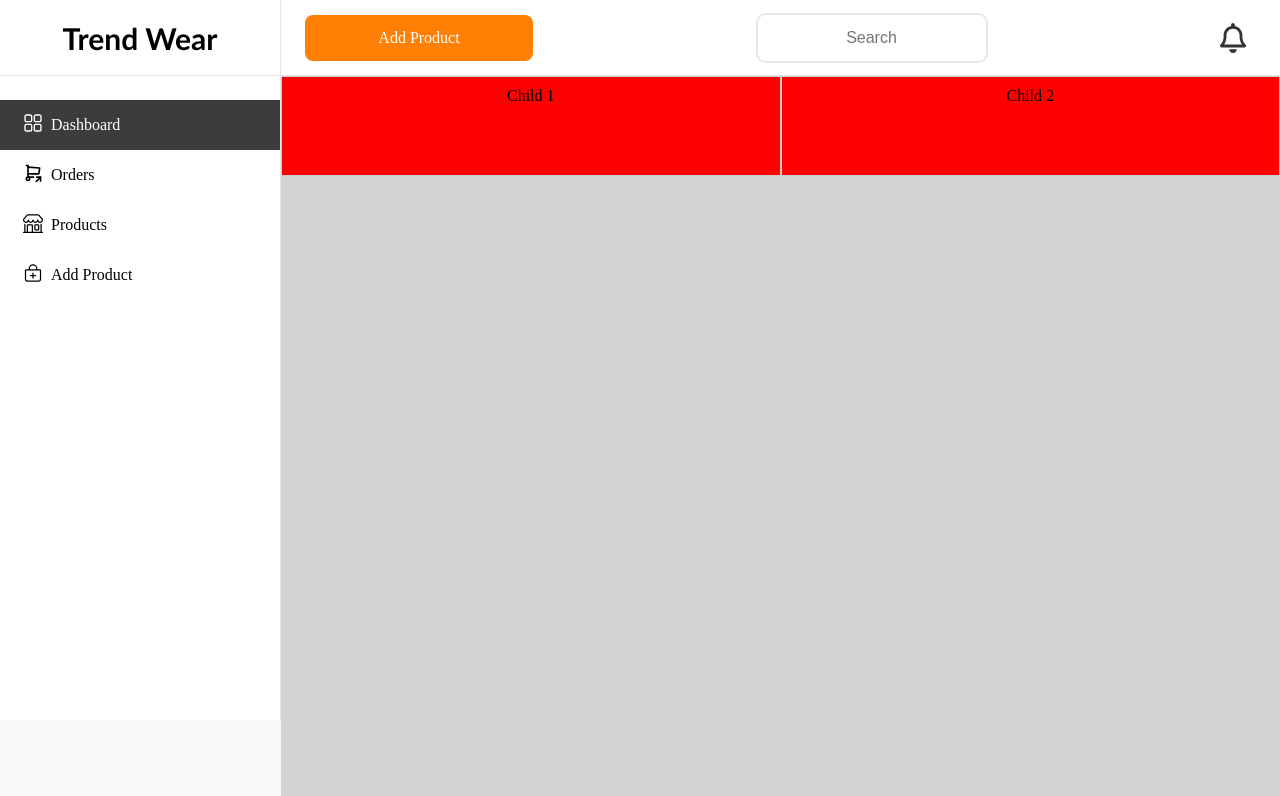
Repository: ahmad-dev7/TrendWear
Page: / (app in trend_wear_dashboard/)
An editor plug-in stored every save of this project. The page is shown before and after the next save, followed by the edit.
The browser window is 1280 px wide. The pictures show the whole page.
The project was rebuilt for these pictures with package versions that can differ from the ones it lists, and the page was loaded fresh each time. Also part of the build but not shown: trend_wear_dashboard/vite.config.ts.

Above is the page before, as saved 2025-01-19 23:44:54.

After the next save:
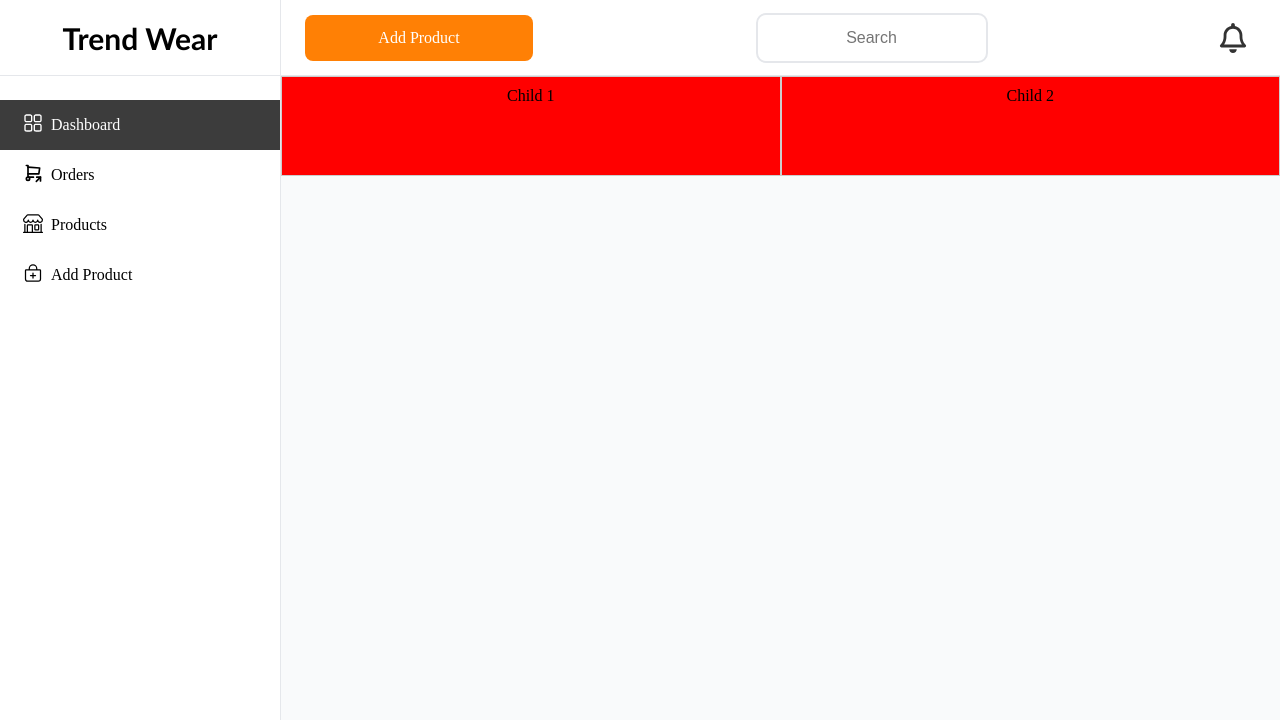
Saved 43 s later.
--- a/trend_wear_dashboard/src/Components/Body/Body.css
+++ b/trend_wear_dashboard/src/Components/Body/Body.css
@@ -11,11 +11,8 @@
 #body-content {
     display: flex;
     flex-direction: column;
-    height: 100vh;
-    /* Full viewport height */
-    width: 100%;
-    /* Full width */
+    /* height: 100vh;
+    width: 100%; */
     background-color: lightgray;
-    /* Debug color */
     box-sizing: border-box;
 }
